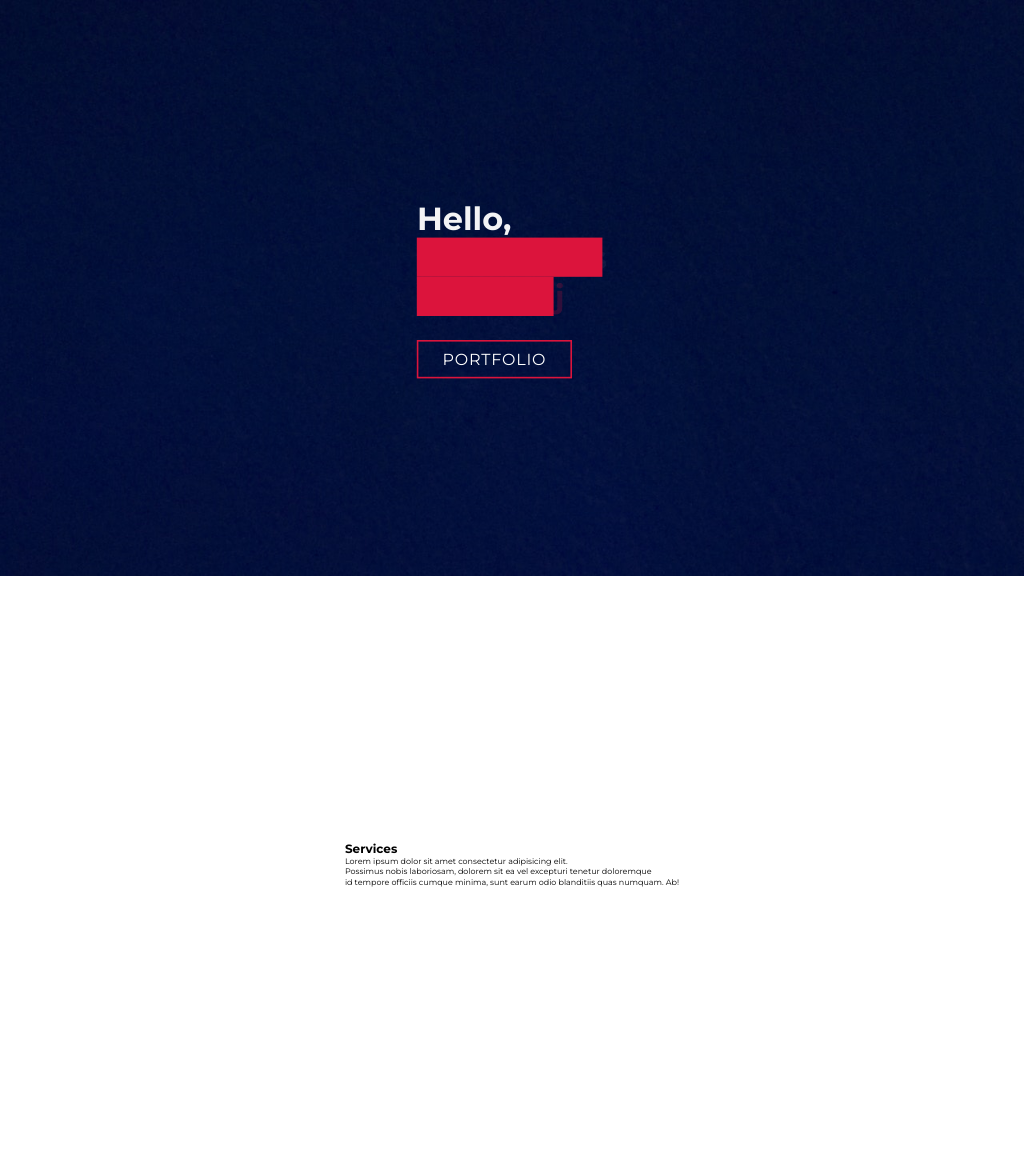
Repository: MintuKrishnan/subrahmanyam-batch
Page: front-end/deshraj/index.html
An editor plug-in stored every save of this project. The page is shown before and after the next save, followed by the edit.
The browser window is 1280 px wide. The pictures show the whole page, at 80% of full size.

Above is the page before, as saved 2021-03-08 09:49:10.

After the next save:
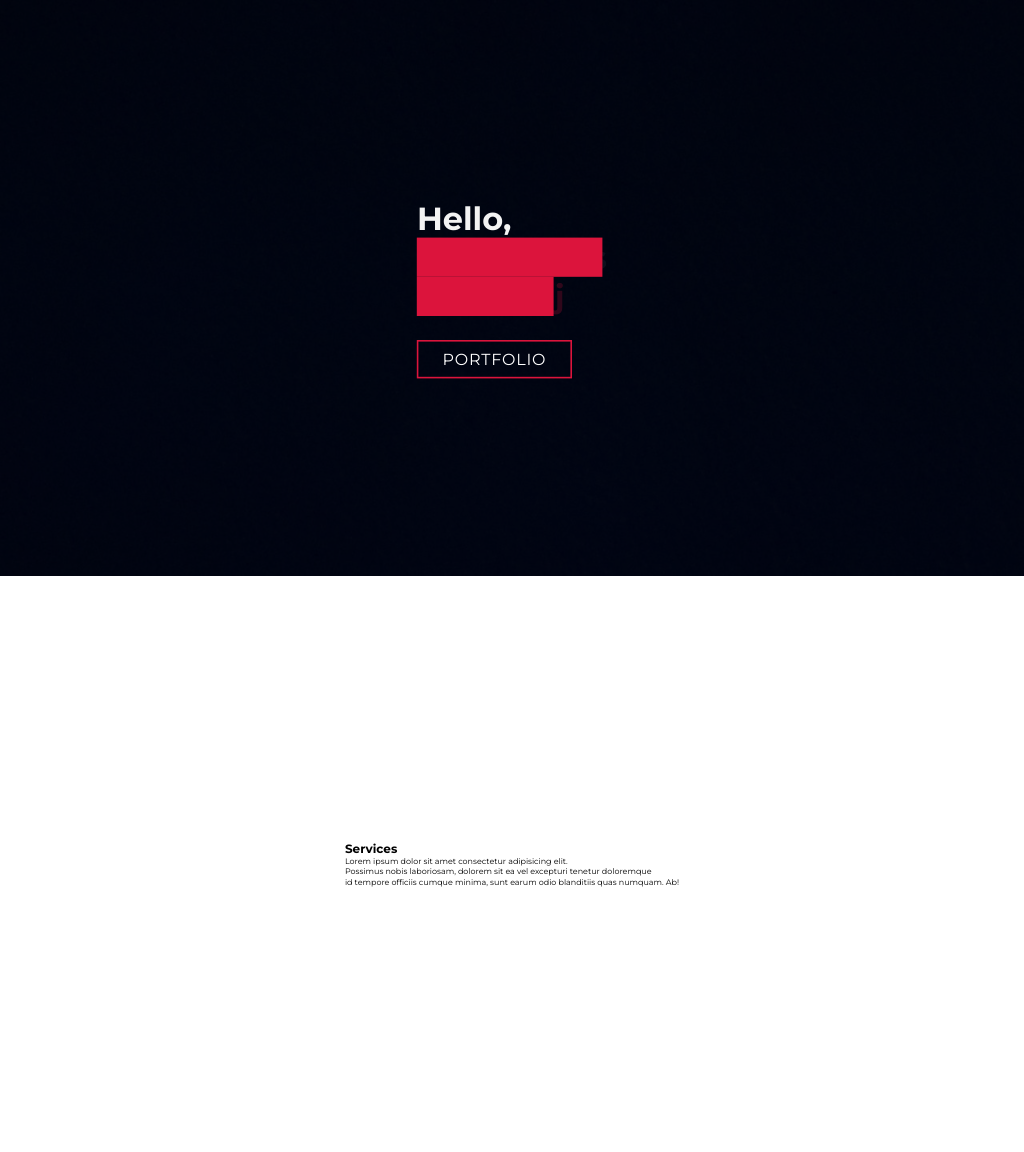
Saved 5 s later.
--- a/front-end/deshraj/style.css
+++ b/front-end/deshraj/style.css
@@ -37,7 +37,7 @@ a {
   z-index: 1;
 }
 
-/* #hero::after {
+#hero::after {
   content: '';
   position: absolute;
   left: 0;
@@ -47,7 +47,7 @@ a {
   background-color: black;
   opacity: 0.7;
   z-index: -1;
-} */
+}
 /* #hero .hero{
     max-width: 1200px;
     margin: 0 auto;
